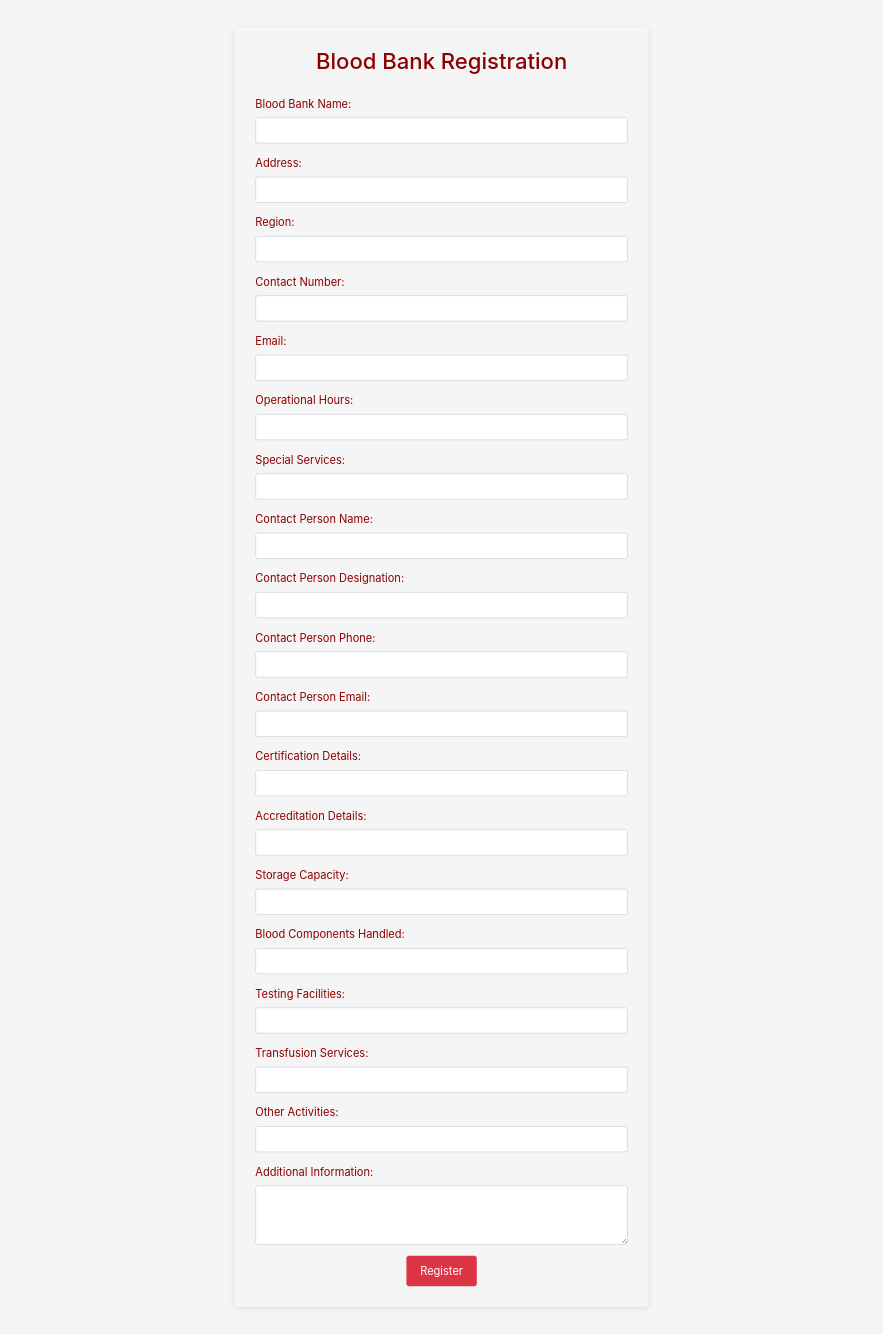
Repository: omi4535/Decentralized_Blood_Bank_System
Page: http://localhost/blood_bank_system/registration.jsp
These files come from the project's save history. The page is drawn as it stood at one moment and after the next save; the edit follows.
The browser window is 1280 px wide. The pictures show the whole page, at 69% of full size.
Some web libraries are served in a nearby version. The page is served by Tomcat 9. Other server files are loaded and not shown.

Above is the page before, as saved 2023-07-03 09:58:46.

### blood bank system/src/main/webapp/registration.jsp
<%@ page language="java" contentType="text/html; charset=UTF-8"
	pageEncoding="UTF-8"%>
<!DOCTYPE html>
<html lang="en">

<head>
<meta charset="UTF-8">
<meta name="viewport" content="width=device-width, initial-scale=1.0">
<title>Blood Bank Registration</title>
<link rel="stylesheet"
	href="https://stackpath.bootstrapcdn.com/bootstrap/4.5.0/css/bootstrap.min.css">
<style>
body {
	background-color: #F5F5F5;
}

.form_regi {
	color: #8B0000;
}

.container {
	max-width: 600px;
	margin: 40px auto;
	padding: 30px;
	border-radius: 5px;
	box-shadow: 0px 2px 10px rgba(0, 0, 0, 0.1);
}

h2 {
	margin-bottom: 30px;
	text-align: center;
}

.btn-register {
	background-color: #dc3545;
	border: none;
	padding: 10px 20px;
}

.btn-register:hover {
	background-color: #c82333;
}

.form {
	background-color: #D50000;
}
</style>
</head>

<body>

	<div class="container">
		<div class="form_regi">
			<h2>Blood Bank Registration</h2>
			<form method="post" action="register">
				<div class="form-group">
					<label for="name">Blood Bank Name:</label> <input type="text"
						class="form-control" name="name" required>
				</div>
				<div class="form-group">
					<label for="address">Address:</label> <input type="text"
						class="form-control" name="address" required>
				</div>
				<div class="form-group">
					<label for="region">Region:</label> <input type="text"
						class="form-control" name="region" required>
				</div>
				<div class="form-group">
					<label for="contactNumber">Contact Number:</label> <input
						type="tel" class="form-control" name="contactNumber" required>
				</div>
				<div class="form-group">
					<label for="email">Email:</label> <input type="email"
						class="form-control" name="email" required>
				</div>
				<div class="form-group">
					<label for="operationalHours">Operational Hours:</label> <input
						type="text" class="form-control" name="operationalHours" required>
				</div>
				<div class="form-group">
					<label for="specialServices">Special Services:</label> <input
						type="text" class="form-control" name="specialServices" required>
				</div>
				<div class="form-group">
					<label for="contactPersonName">Contact Person Name:</label> <input
						type="text" class="form-control" name="contactPersonName" required>
				</div>
				<div class="form-group">
					<label for="contactPersonDesignation">Contact Person
						Designation:</label> <input type="text" class="form-control"
						name="contactPersonDesignation" required>
				</div>
				<div class="form-group">
					<label for="contactPersonPhone">Contact Person Phone:</label> <input
						type="tel" class="form-control" name="contactPersonPhone" required>
				</div>
				<div class="form-group">
					<label for="contactPersonEmail">Contact Person Email:</label> <input
						type="email" class="form-control" name="contactPersonEmail" required>
				</div>
				<div class="form-group">
					<label for="certificationDetails">Certification Details:</label> <input
						type="text" class="form-control" name="certificationDetails"
						required>
				</div>
				<div class="form-group">
					<label for="accreditationDetails">Accreditation Details:</label> <input
						type="text" class="form-control" name="accreditationDetails"
						required>
				</div>
				<div class="form-group">
					<label for="storageCapacity">Storage Capacity:</label> <input
						type="number" class="form-control" name="storageCapacity" required>
				</div>
				<div class="form-group">
					<label for="bloodComponentsHandled">Blood Components
						Handled:</label> <input type="text" class="form-control"
						name="bloodComponentsHandled" required>
				</div>
				<div class="form-group">
					<label for="testingFacilities">Testing Facilities:</label> <input
						type="text" class="form-control" name="testingFacilities" required>
				</div>
				<div class="form-group">
					<label for="transfusionServices">Transfusion Services:</label> <input
						type="text" class="form-control" name="transfusionServices" required>
				</div>
				<div class="form-group">
					<label for="otherActivities">Other Activities:</label> <input
						type="text" class="form-control" name="otherActivities" required>
				</div>
				<div class="form-group">
					<label for="additionalInformation">Additional Information:</label>
					<textarea class="form-control" name="additionalInformation" rows="3"></textarea>
				</div>
				<div class="text-center">
					<button type="submit" class="btn btn-register text-white">Register</button>
				</div>
			</form>
		</div>
	</div>


	<script src="https://code.jquery.com/jquery-3.5.1.slim.min.js"></script>
	<script
		src="https://cdn.jsdelivr.net/npm/@popperjs/core@2.5.3/dist/umd/popper.min.js"></script>
	<script
		src="https://stackpath.bootstrapcdn.com/bootstrap/4.5.0/js/bootstrap.min.js"></script>
</body>

</html>

### blood bank system/src/main/webapp/footer.jsp
<%@ page language="java" contentType="text/html; charset=UTF-8"
	pageEncoding="UTF-8"%>
<!DOCTYPE html>
<html lang="en">
<head>
<meta charset="UTF-8">
<meta name="viewport" content="width=device-width, initial-scale=1.0">
<title>Blood Bank Portal</title>
<link rel="stylesheet"
	href="https://maxcdn.bootstrapcdn.com/bootstrap/4.5.2/css/bootstrap.min.css">
<style>
.foot {
	position: fixed;
	left: 0;
	bottom: 0;
	width: 100%;

	margin-bottom: 10px;


}

}
.footer {
	background-color: #f8f9fa;

}

.footer-links a {
	color: #333;
	margin-right: 10px;
}

.footer-info {
	color: #777;
	font-size: 14px;
}
</style>
</head>
<body>

	<div class="foot">
	<footer class="footer">
		<div class="container">
			<div class="row">
				<div class="col-md-6">
					<div class="footer-links">
						<a href="index.jsp">Home</a> <a href="registration.jsp">Register</a> <a
							href="All_banks.jsp">Show All Banks</a>
					</div>
				</div>
				<div class="col-md-6">
					<div class="footer-info">
						&copy; 2023 Blood Bank Portal. All rights reserved. <br>
						Designed and developed by Omkar Dhage.


					</div>
				</div>
			</div>
		</div>
	</footer>
	</div>

	<script src="https://code.jquery.com/jquery-3.5.1.slim.min.js"></script>
	<script
		src="https://cdn.jsdelivr.net/npm/@popperjs/core@1.16.0/dist/umd/popper.min.js"></script>
	<script
		src="https://maxcdn.bootstrapcdn.com/bootstrap/4.5.2/js/bootstrap.min.js"></script>
</body>
</html>

After the next save:
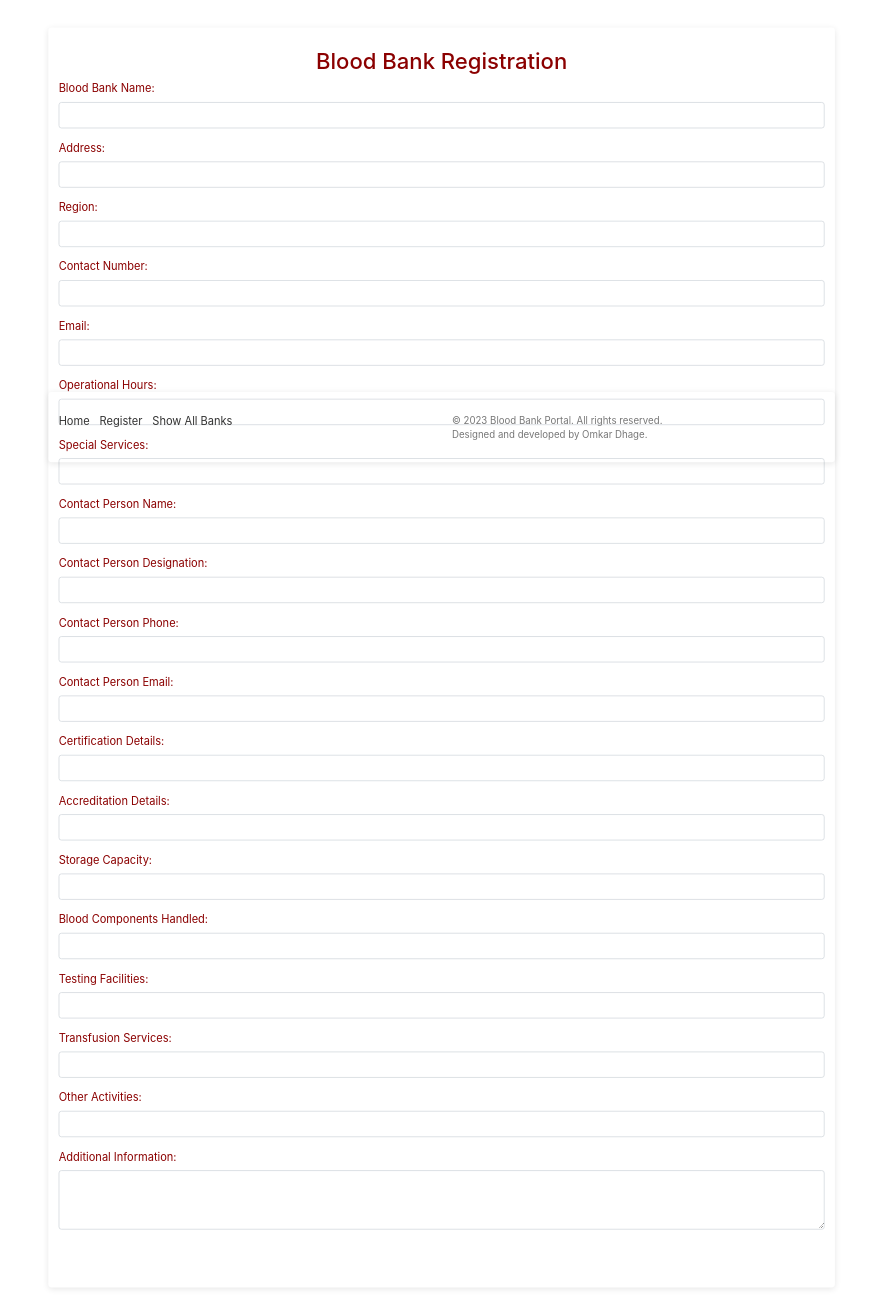
Saved 9 s later.
--- a/blood bank system/src/main/webapp/registration.jsp
+++ b/blood bank system/src/main/webapp/registration.jsp
@@ -138,6 +138,7 @@ h2 {
 				</div>
 			</form>
 		</div>
+		 <%@ include file="footer.jsp"  %>
 	</div>
 
 
